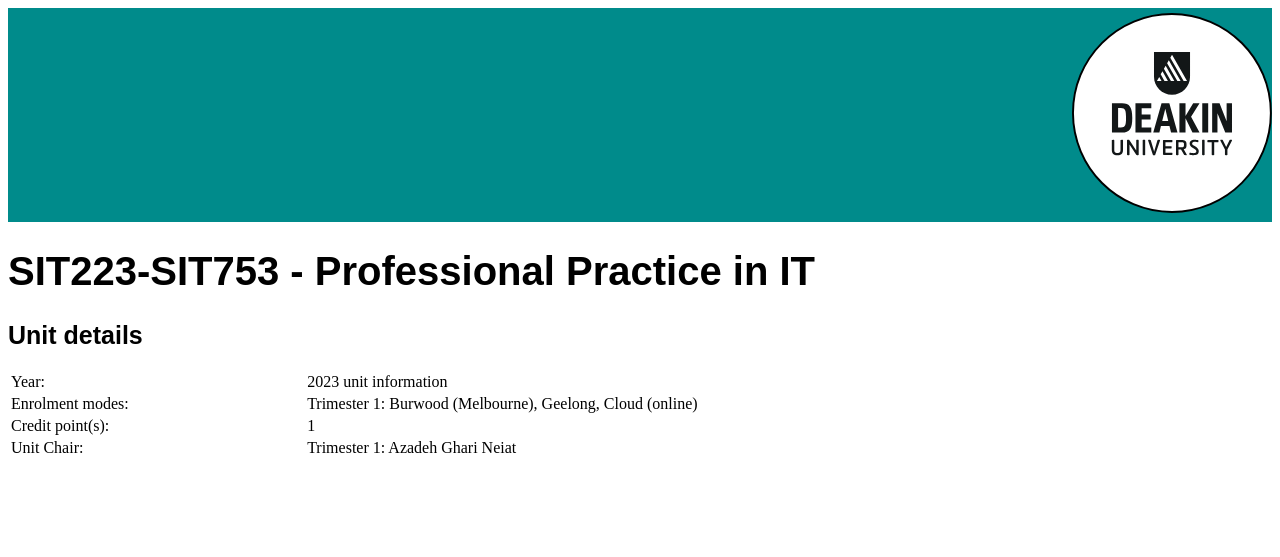
Repository: tricloud360/Deakin-Unit-Page
Page: index.html
An editor plug-in stored every save of this project. The page is shown before and after the next save, followed by the edit.
The browser window is 1280 px wide. The pictures show the whole page.

Above is the page before, as saved 2024-08-29 22:23:30.

### index.html
<!DOCTYPE html>
<html>
  <head>
    <title>Home</title>
    <link rel="stylesheet" type="text/css" media="screen" href="main.css" />
  </head>
  <body>
    <div>
      <img src="logo.svg" alt="Deakin" width="200" height="210" />
    </div>
    <h1>SIT223-SIT753 - Professional Practice in IT</h1>
    <h2>Unit details</h2>
    <table style="width: 100%">
      <tr>
        <td>Year:</td>
        <td>2023 unit information</td>
      </tr>
      <tr>
        <td>Enrolment modes:</td>
        <td>Trimester 1: Burwood (Melbourne), Geelong, Cloud (online)</td>
      </tr>
      <tr>
        <td>Credit point(s):</td>
        <td>1</td>
      </tr>
      <tr>
        <td>Unit Chair:</td>
        <td>Trimester 1: Azadeh Ghari Neiat</td>
      </tr>
    </table>
  </body>
</html>

### main.css
h1 {
  font-size: 40px;
  font-family: Arial;
}
h2 {
  font-size: 25px;
  font-family: Arial;
}
h3 {
  font-family: Arial;
}
p {
  font-size: 14px;
  font-family: Arial;
}
div {
  background-color: darkcyan;
  text-align: right;
}

After the next save:
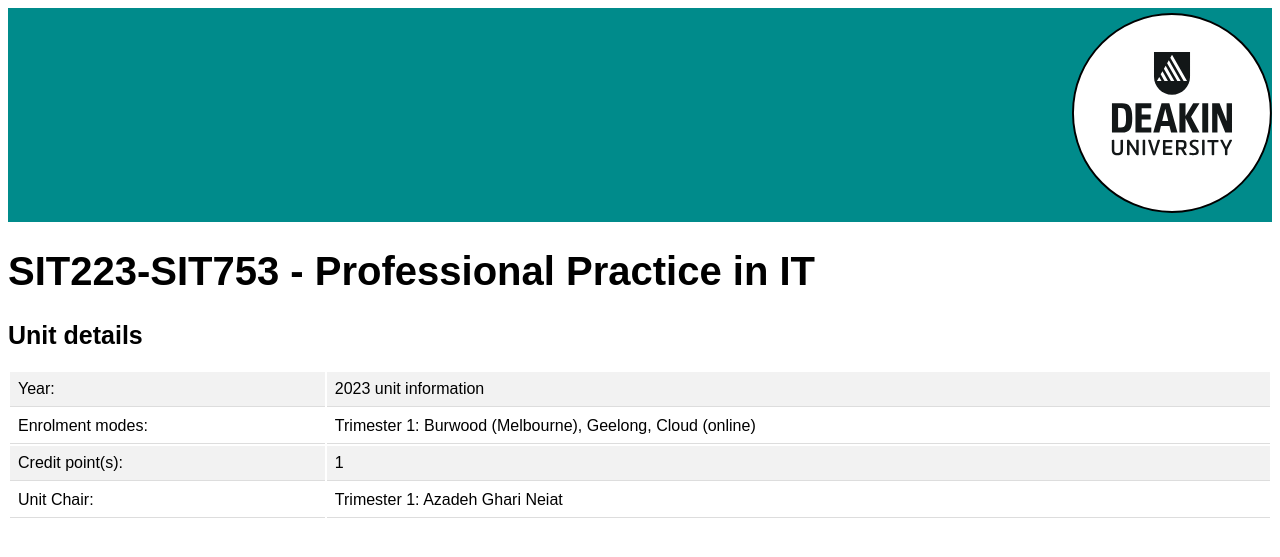
Saved 14 s later.
--- a/main.css
+++ b/main.css
@@ -17,3 +17,13 @@
   background-color: darkcyan;
   text-align: right;
 }
+th,
+td {
+  padding: 8px;
+  text-align: left;
+  border-bottom: 1px solid #ddd;
+  font-family: Arial;
+}
+tr:nth-child(odd) {
+  background-color: #f2f2f2;
+}
